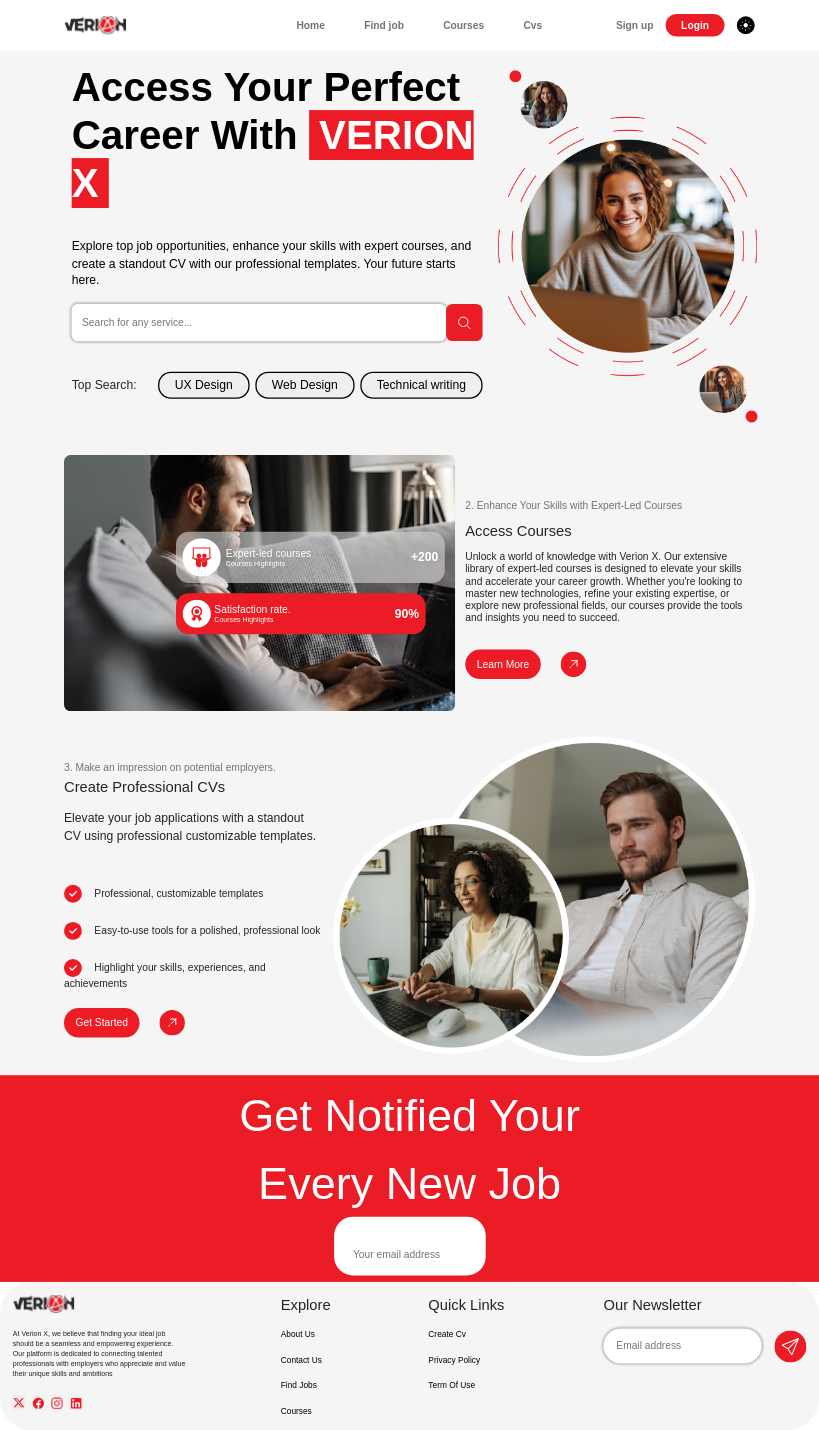
Repository: SahMenz/verionX
Page: /
An editor plug-in stored every save of this project. The page is shown before and after the next save, followed by the edit.
The browser window is 1280 px wide. The pictures show the whole page, at 64% of full size.
The project was rebuilt for these pictures with package versions that can differ from the ones it lists, and the page was loaded fresh each time. Also part of the build but not shown: vite.config.js.

Above is the page before, as saved 2024-06-16 17:40:09.

After the next save:
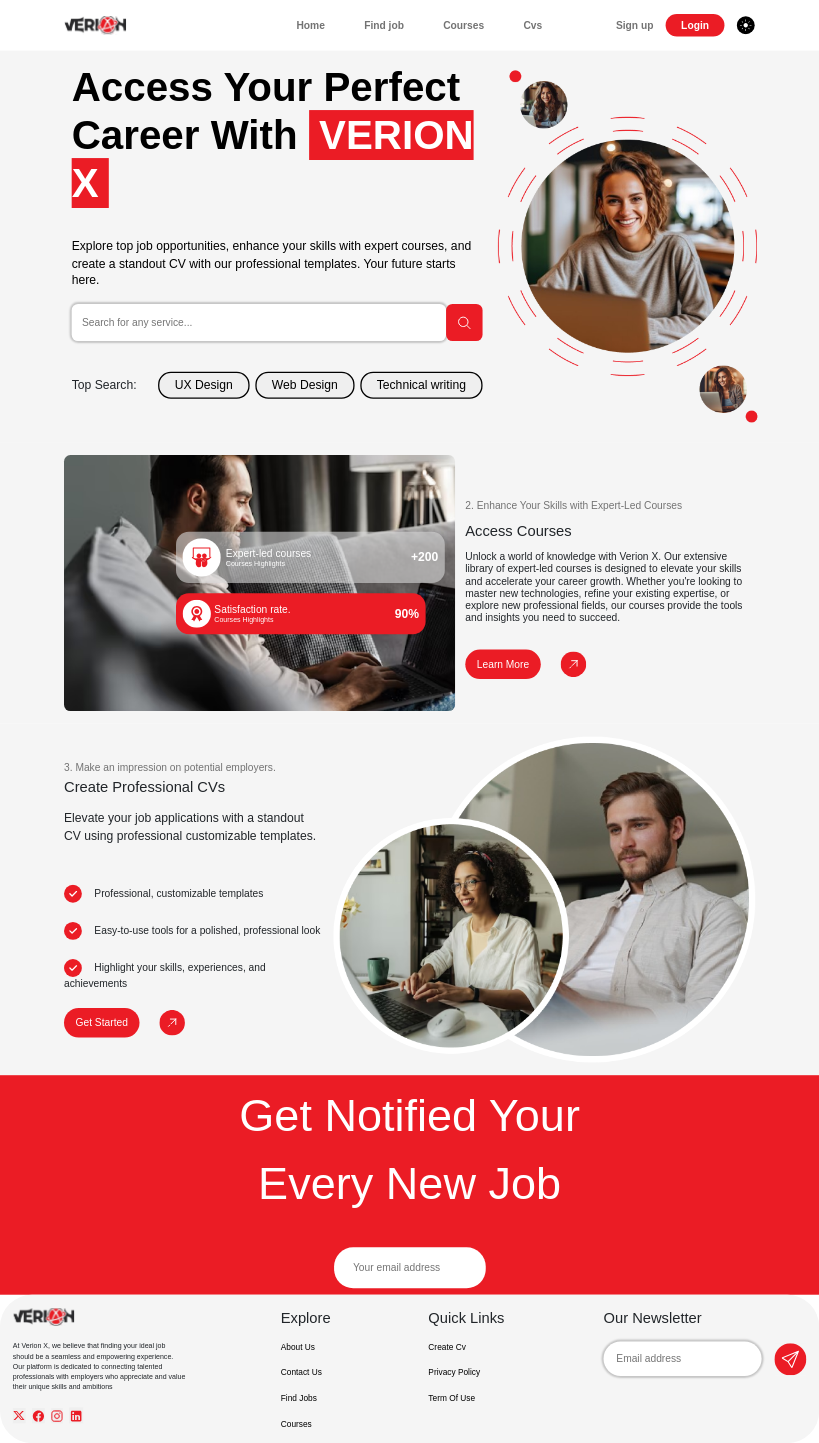
Saved 5 s later.
--- a/src/components/home/getNotified/getNotified.jsx
+++ b/src/components/home/getNotified/getNotified.jsx
@@ -5,7 +5,7 @@
     <div>
         <div className="bg-eb d-flex flex-column justify-content-between getGeneral text-center">
             <div className="fw-500 txt-ff txt-45 xl-lh-54 getNotified text-center">Get Notified Your Every New Job </div>
-            <input type="text" placeholder="Your email address" className='inputText pt-5' style={{borderRadius:"30px", padding:"20px 0px 20px 30px", maxWidth:"652px"}}/>
+            <input type="text" placeholder="Your email address" className='inputText mt-5' style={{borderRadius:"30px", padding:"20px 0px 20px 30px", maxWidth:"652px"}}/>
         </div>
         <div></div>
     </div>
